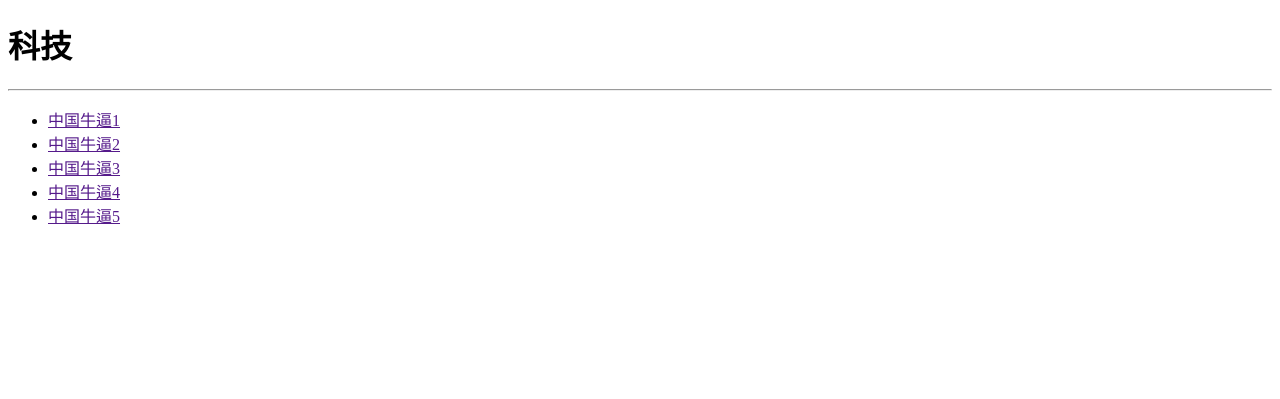
Repository: fixbb/workspace
Page: 002新闻列表/index.html
An editor plug-in stored every save of this project. The page is shown before and after the next save, followed by the edit.
The browser window is 1280 px wide. The pictures show the whole page.

Above is the page before, as saved 2021-08-23 10:43:00.

### 002新闻列表/index.html
<!DOCTYPE html>
<html lang="en">

<head>
    <meta charset="UTF-8">
    <meta http-equiv="X-UA-Compatible" content="IE=edge">
    <meta name="viewport" content="width=device-width, initial-scale=1.0">
    <title>百度新闻列表</title>
</head>

<body>
    <h1>科技&nbsp;<img src="" alt=""></h1>
    <hr>
    <ul>
        <li>
            <a href="">中国牛逼1</a>
        </li>
        <li>
            <a href="">中国牛逼2</a>
        </li>
        <li>
            <a href="">中国牛逼3</a>
        </li>
        <li>
            <a href="">中国牛逼4</a>
        </li>
        <li>
            <a href="">中国牛逼5</a>
        </li>
    </ul>
</body>

</html>

After the next save:
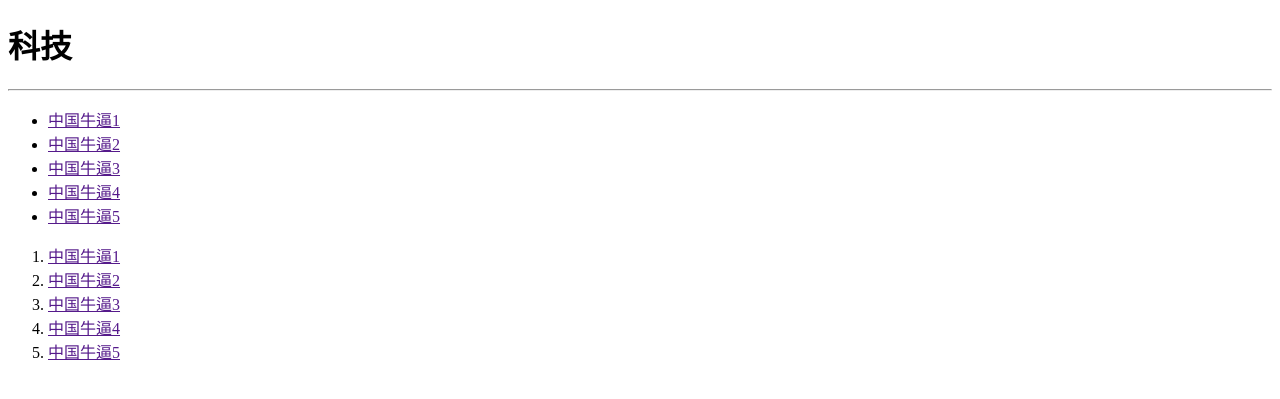
Saved 56 s later.
--- a/002新闻列表/index.html
+++ b/002新闻列表/index.html
@@ -28,6 +28,24 @@
             <a href="">中国牛逼5</a>
         </li>
     </ul>
+
+    <ol>
+        <li>
+            <a href="">中国牛逼1</a>
+        </li>
+        <li>
+            <a href="">中国牛逼2</a>
+        </li>
+        <li>
+            <a href="">中国牛逼3</a>
+        </li>
+        <li>
+            <a href="">中国牛逼4</a>
+        </li>
+        <li>
+            <a href="">中国牛逼5</a>
+        </li>
+    </ol>
 </body>
 
 </html>
